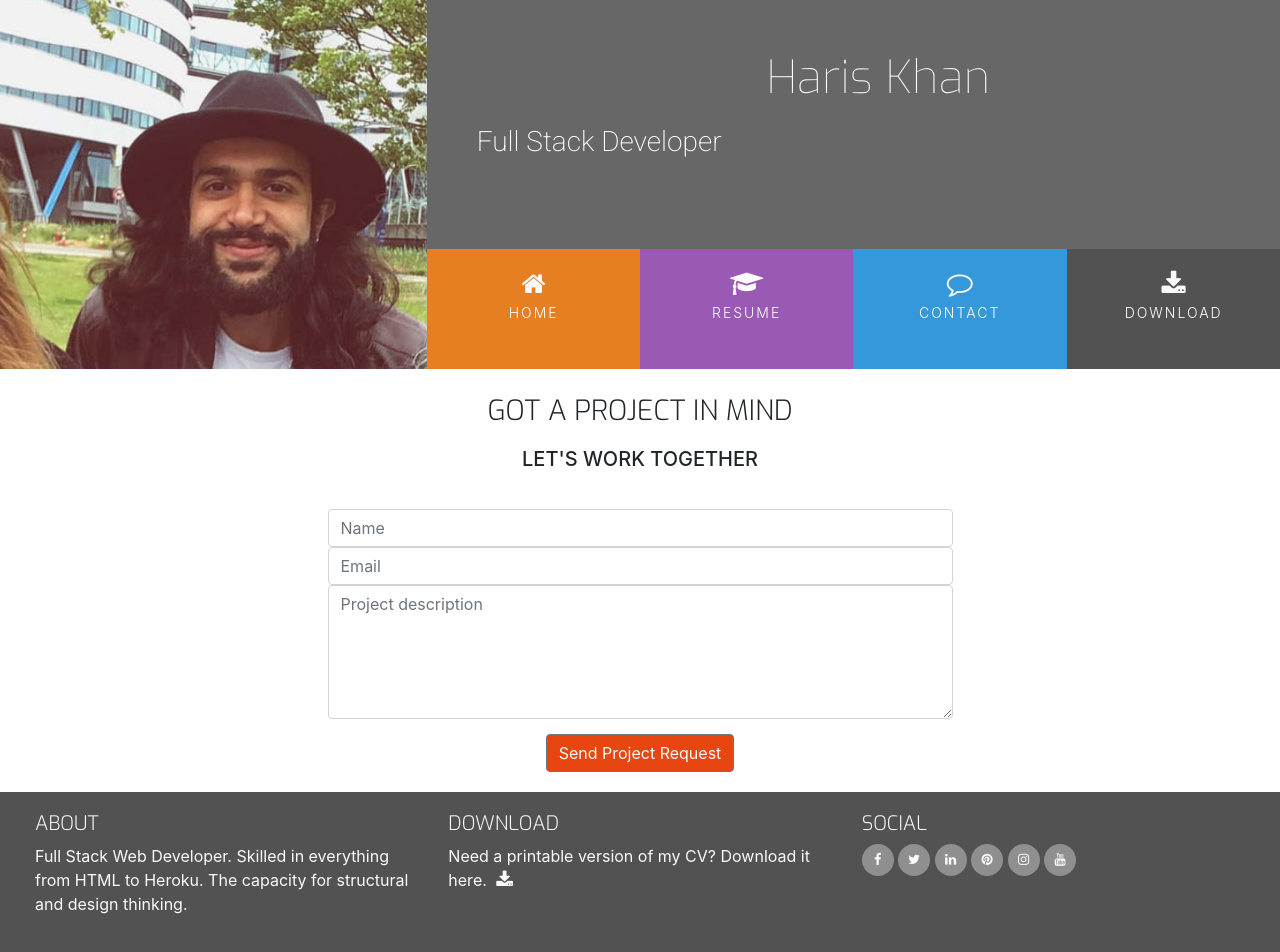
Repository: anmalik82/Padding-Top
Page: contact.html
The author's editor kept a record of every edit. The page is drawn from the files as they stood at one moment, then again after the next edit.
The browser window is 1280 px wide. The pictures show the whole page.
Some web libraries are served in a nearby version.

Above is the page before.

### contact.html
<!DOCTYPE html>
<html lang="en">
<head>
    <meta charset="UTF-8">
    <meta name="viewport" content="width=device-width, initial-scale=1.0">
    <meta http-equiv="X-UA-Compatible" content="ie=edge">
    <link rel="stylesheet" href="https://stackpath.bootstrapcdn.com/bootstrap/4.2.1/css/bootstrap.min.css" type="text/css" />
    <link rel="stylesheet" href="https://stackpath.bootstrapcdn.com/font-awesome/4.7.0/css/font-awesome.min.css" type="text/css" />
    <link rel="stylesheet" href="https://cdnjs.cloudflare.com/ajax/libs/hover.css/2.3.1/css/hover-min.css" type="text/css" />
    <link rel="stylesheet" href="assets/css/style.css" type="text/css" />
    <title>Haris Khan</title>
</head>

<body>
    <header>
       <div class="row no-gutters">
           <a href="index.html" class="col-md-4 logo">

           </a>
           <div class="col-md-8">
               <div class="row no-gutters bg-color-name-title">
                   <div class="col heading">
                       <h1 class="name">Haris Khan</h1>
                       <h2 class="title">Full Stack Developer</h2>
                   </div>
               </div>
               <div class="row no-gutters">
                   <div class="col">
                       <ul id="nav" class="list-inline menucontainer">
                           <li class="col-6 col-sm-3 ui-menu-color-home list-inline-item menuitem">
                               <a href="index.html" class="hvr-sweep-to-bottom"><i class="fa fa-home" aria-hidden="true"></i><span>Home</span></a>
                           </li>
                           <li class="col-6 col-sm-3 ui-menu-color-resume list-inline-item menuitem">
                               <a href="resume.html" class="hvr-sweep-to-bottom"><i class="fa fa-graduation-cap" aria-hidden="true"></i><span>Resume</span></a>
                           </li>
                           <li class="col-6 col-sm-3 ui-menu-color-contact list-inline-item menuitem">
                               <a href="contact.html" class="hvr-sweep-to-bottom"><i class="fa fa-comment-o" aria-hidden="true"></i><span>Contact</span></a>
                           </li>
                           <li class="col-6 col-sm-3 ui-menu-color-download list-inline-item menuitem">
                               <a href="assets/cv/harisCV.pdf" target="_blank" class="hvr-sweep-to-bottom"><i class="fa fa-download" aria-hidden="true"></i><span>Download</span></a>
                           </li>
                       </ul>
                   </div>
               </div>

           </div>
       </div>

    </header>

    <section class="container-fluid">
        <div class="row bg-color-contact">
            <div class="col">
                <h3 class="contact-heading uppercase text-center">Got a project in mind</h3>
                <h5 class="uppercase text-center">Let's work together</h5>

                <div class="center-form">
                    <form>
                        <input type="text" name="name" id="fullname" class="form-control" placeholder="Name" required/>
                        <input type="email" name="email" id="emailaddress" class="form-control" placeholder="Email" required/>
                        <textarea rows="5"  name="projectsummary" id="projectsummary" class="form-control" placeholder="Project description" required></textarea>
                        <div class="form-row text-center">
                            <div class="col">
                                <button type="submit" class="btn btn-secondary">Send Project Request</button>
                            </div>
                        </div>
                    </form>

                </div>
            </div>
        </div>

    </section>

    <footer class="container-fluid">
        <div id="footer-details" class="row">
            <div class="col-sm-4">
                <h5 class="uppercase general-sub">About</h5>
                <p class="inline-block">
                    Full Stack Web Developer. Skilled in everything from HTML to Heroku.
                    The capacity for structural and design thinking.
                </p>
            </div>
            <div class="col-sm-4">
                <h5 class="uppercase general-sub">Download</h5>
                <p class="inline-block">
                  Need a printable version of my CV? Download it here.
                  <a href="assets/cv/harisCV.pdf" target="_blank" class="cv-pdf">
                      <i class="fa fa-download" aria-hidden="true"></i>
                      <span class="sr-only">Download link</span>
                  </a>
                </p>
            </div>
            <div class="col-sm-4">
                <h5 class="uppercase general-sub">Social</h5>
                <ul class="list-inline social-links">
                    <li class="list-inline-item">
                        <a target="_blank" href="#">
                            <i class="fa fa-facebook" aria-hidden="true"></i>
                            <span class="sr-only">Facebook</span>
                        </a>
                    </li>
                    <li class="list-inline-item">
                        <a target="_blank" href="#">
                            <i class="fa fa-twitter" aria-hidden="true"></i>
                            <span class="sr-only">Twitter</span>
                        </a>
                    </li>
                    <li class="list-inline-item">
                        <a target="_blank" href="#">
                            <i class="fa fa-linkedin" aria-hidden="true"></i>
                            <span class="sr-only">Linkedin</span>
                        </a>
                    </li>
                    <li class="list-inline-item">
                        <a target="_blank" href="#">
                            <i class="fa fa-pinterest" aria-hidden="true"></i>
                            <span class="sr-only">Pinterest</span>
                        </a>
                    </li>
                    <li class="list-inline-item">
                        <a target="_blank" href="#">
                            <i class="fa fa-instagram" aria-hidden="true"></i>
                            <span class="sr-only">Instagram</span>
                        </a>
                    </li>
                    <li class="list-inline-item">
                        <a target="_blank" href="#">
                            <i class="fa fa-youtube" aria-hidden="true"></i>
                            <span class="sr-only">Youtube</span>
                        </a>
                    </li>
                </ul>
            </div>
        </div>

    </footer>

</body>

</html>

### assets/css/style.css
@import url('https://fonts.googleapis.com/css?family=Roboto:100,200,300,400,500,600,700|Exo:100,200,300,400,500,600,700');

/*----------------------------------Colours*/

.bg-color-name-title {
    background-color: #676767;
}

.bg-color-three-reasons {
    background-color: #fff;
}

.bg-color-personal-info {
    background-color: #f4f4f4;
}

.bg-color-work-history {
    background-color: #9b59b6;
}

.bg-color-contact {
    background-color: #fff;
}

.ui-menu-color-home {
    background-color: #e67e22;
}

.ui-menu-color-resume {
    background-color: #9b59b6;
}

.ui-menu-color-contact {
    background-color: #3498db;
}

.ui-menu-color-download {
    background-color: #525252;
}

/*----------------------------------Special paddings/margins/text*/

h1,
h2,
h3,
h4 {
    margin: 0;
}

.uppercase {
    text-transform: uppercase;
}

.general-sub {
    font-family: "Exo", sans-serif;
    font-weight: 300;
    color: #fafafa;
}

.inline-block {
    display: inline-block;
}

.row-table {
    display:table;
}

.section-column {
    display: table-cell;
    padding: 0 30px 30px;
    float: none;
}


.history-heading,
.section-heading {
    font-family:"Exo", sans-serif;
    font-weight: 300;
    margin-top: 25px;
    margin-bottom: 40px;
}

/*----------------------------------Heading*/

header {
    margin: 0;
}

.heading {
    margin-left: 50px;
}


.logo {
    background: url("../images/harr.png");
    background-position: center;
    background-repeat: no-repeat;
    background-size: cover;
    min-height: 360px;
    transition: all .5s ease-in-out;
    -moz-transition: all .5s ease-in-out;
    -webkit-transition: all .5s ease-in-out;

}

.name {
    font-family: "Exo", sans-serif;
    font-weight: 100;
    font-size: 46px;
    margin-top: 50px;
    color: #fff;
    text-align: center;
}

.title {
    font-family: "Roboto", sans-serif;
    font-weight: 200;
    font-size: 28px;
    margin-top: 20px;
    margin-bottom: 90px;
    color: #fff;
    text-align:
}


.list-inline-item:not(:last-child) {
    margin: 0;
}

.menucontainer {
    font-size: 0;
}

#nav {
    margin: 0;
}

#nav li {
    font-size: 14px;
    padding: 0;
}

.menuitem {
    height: 120px;
    text-align: center;
    padding: 0;
}

.menuitem a {
    width: 100%;
    text-decoration: none;
    color: #fff;
    height: 120px;
}

.menuitem a i {
    padding-top: 22px;
    display: block;
    color: #fafafa;
    font-size: 26px;
}

.menuitem span {
    display: block;
    width: 100%;
    padding-top: 5px;
    text-align: center;
    text-transform: uppercase;
    font-size: 14px;
    font-weight: 300;
    letter-spacing: 2px;
}

/*----------------------------------Hover.css*/

.hvr-sweep-to-bottom:before {
    background: rgba(0, 0, 0, 0.2);
    height: 120px;

}

/*----------------------------------Footer*/

footer {
    background-color: #525252;
    color: #fafafa;
    min-height: 120px;
    margin: 0;
}


.cv-pdf i {
    font-size: 18px;
    color: #fafafa;
    text-align: center;
    padding-left: 5px;
    transition: all 0.35s ease-in-out;
    -moz-transition: all 0.35s ease-in-out;
    -webkit-transition: all 0.35s ease-in-out;
    -o-transition: all 0.35s ease-in-out;

}

.cv-pdf i:hover {
    color: #e84610;
}

.social-links {
    padding-bottom: 15px;
}

.social-links li a i {
    width: 32px;
    height: 32px;
    padding: 12px 0;
    border-radius: 50%;
    font-size: 13px;
    line-height: 7px;
    text-align: center;
    color: #fafafa;
    background: #8f8f8f;
    transition: all 0.35s ease-in-out;
    -moz-transition: all 0.35s ease-in-out;
    -webkit-transition: all 0.35s ease-in-out;
    -o-transition: all 0.35s ease-in-out;
}

.social-links li a i:hover {
    background: #e84610;
}

#footer-details {
    padding: 20px;
}



/*----------------------------------Three Reasons*/

.three-reasons-icon {
    font-size: 26px;
    color: #e67e22;
}

.three-reasons-heading {
    margin-bottom: 15px;
}


/*----------------------------------Personal Info*/

.personal-info-item {
    margin-bottom: 20px;
    display: block;
    clear: both;
}

.personal-info-item .key,
.personal-info-item .value {
    padding-right: 8px;
    display: inline-block;
}

.personal-info-item .key p,
.personal-info-item .value p {
    margin: 0;
}

.personal-info-item .key {
    width: 30%;
    margin-right: 21px;
    padding-top: 2px;
    vertical-align: top;
}

.personal-info-item .key p {
    font-weight: 700;
}

.personal-info-item .value {
    position: relative;
    width: 60%;
}

/*----------------------------------Skills*/

.progress {
    position: relative;
    height: 25px;
    margin-bottom: 4px;
}

.progress-type {
    position: absolute;
    left: 0px;
    font-weight: 400;
    padding: 3px 30px 2px 10px;
    color: #fafafa;
    background-color: rgba(25, 25, 25, 0.2);
}

.progress-section {
    margin: 40px 20px;
}

/*----------------------------------Work History*/

.history-heading {
    color: #fafafa;
    margin-bottom: 50px;
}

.timeline-item {
    padding: 4em 2em 0em 2em;
    position: relative;
    color: #fafafa;
    border-left: 1px solid;
}


.timeline-item p {
    padding: 0;
    margin: 0;
}

.timeline-item:before {
    content: attr(data-dates);
    position: absolute;
    left: 2.5em;
    top: 3em;
    display: block;
    font-family: "Exo", sans-serif;
    font-weight: 500;
    font-size: 0.8em;
    padding: 0;
    margin: 0;
}

.timeline-item:after {
    width: 12px;
    height: 12px;
    display: block;
    top: 2.4em;
    position: absolute;
    left: -6px;
    border-radius: 12px;
    content: '';
    background: #fafafa;

}

.history-items {
    margin-bottom: 30px;
}

/*----------------------------------Contact Form*/

.contact-heading {
    font-family: "Exo", sans-serif;
    font-weight: 300;
    margin-top: 25px;
    margin-bottom: 20px;
}

.center-form {
    padding-top: 10px;
    margin: 0 auto;
    max-width: 70%;
}

button[type="submit"] {
    margin-top: 15px;
    margin-bottom: 20px;
    color: #fafafa;
    background-color: #e84610;
}

/*----------------------------------Media Queries*/

@media(min-width: 992px) {
    .center-form {
        padding-top: 30px;
        min-height: 240px;
        margin: 0 auto;
        max-width: 50%;
    }

}

After the next edit:
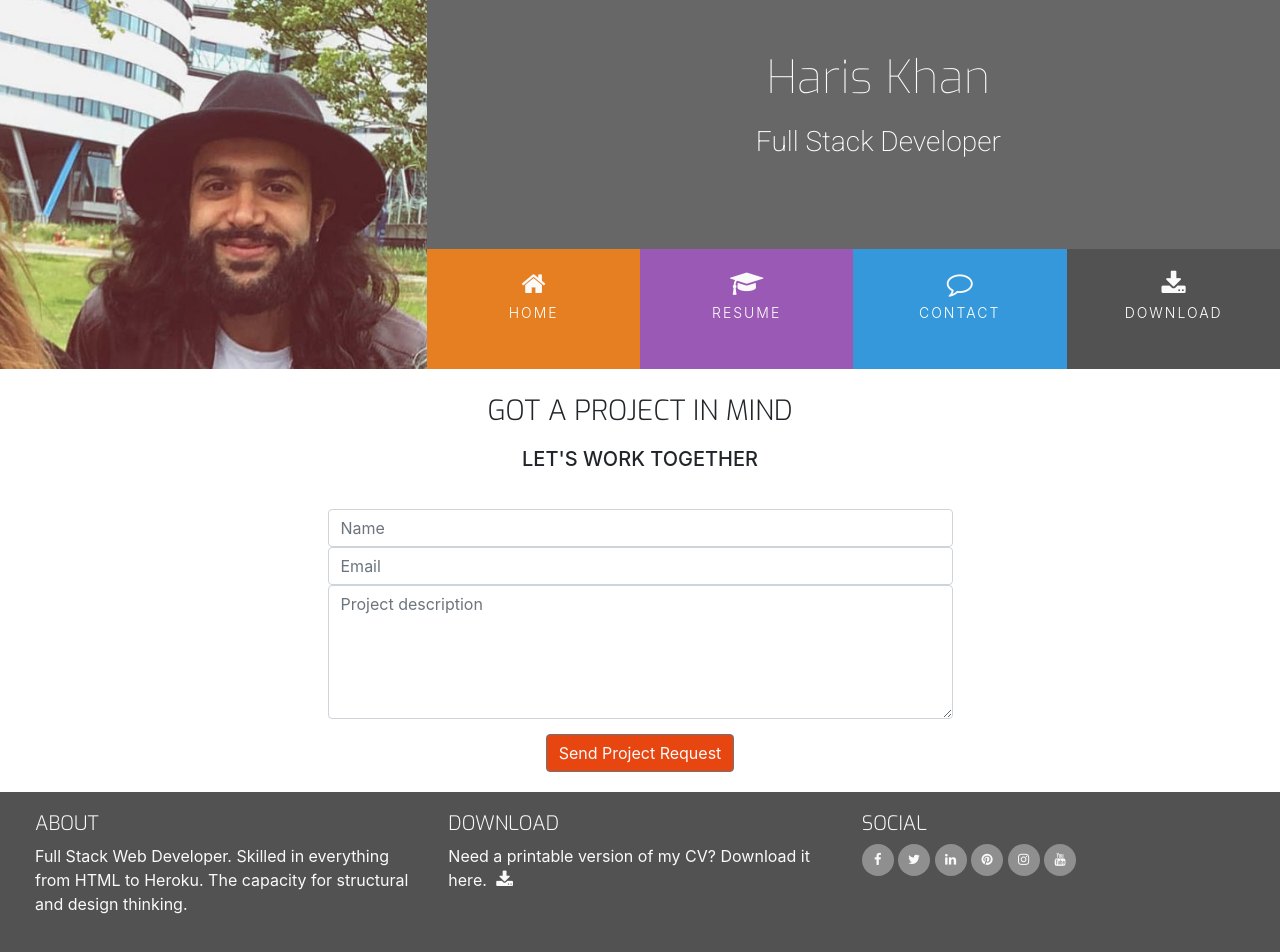
The edit:
--- a/assets/css/style.css
+++ b/assets/css/style.css
@@ -119,7 +119,7 @@
     margin-top: 20px;
     margin-bottom: 90px;
     color: #fff;
-    text-align:
+    text-align: center;
 }
 
 
